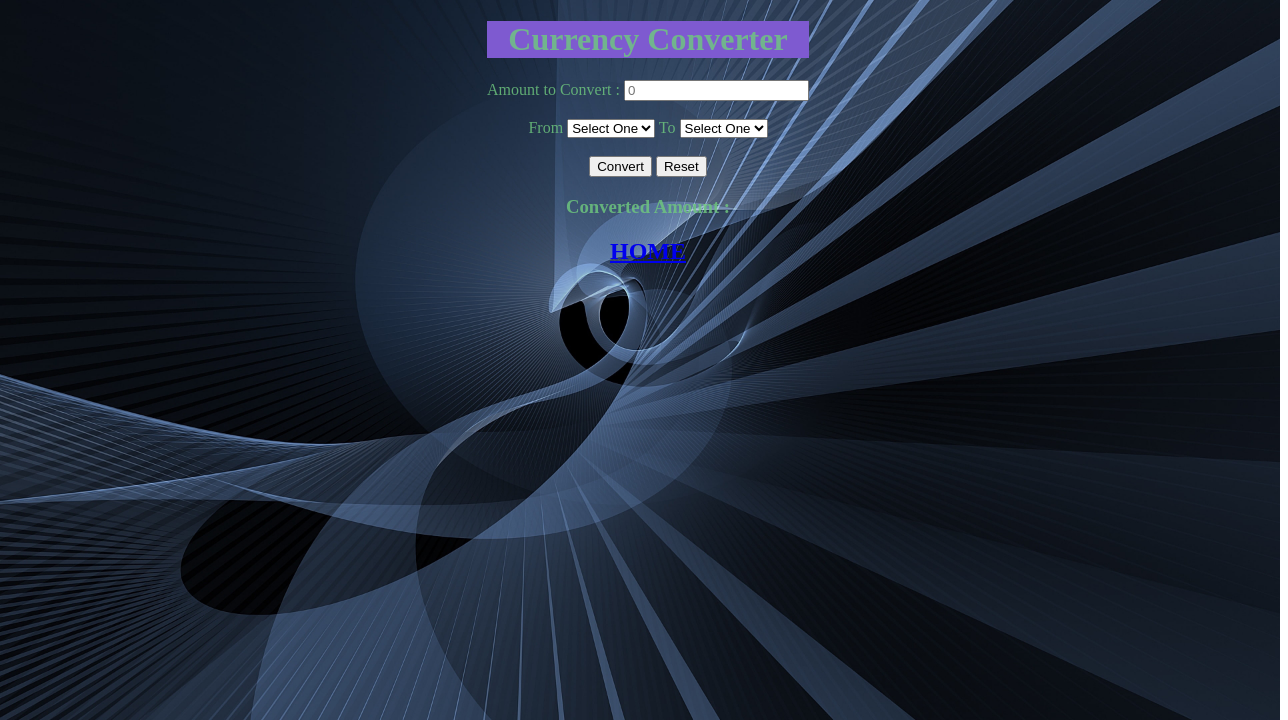
Repository: AJEET006/AdvanceJava-DSA
Page: ADVANCE_JAVA/HW_Example/WebContent/CurrencyConverter.html
The author's editor kept a copy of each file at every save. The page is drawn from the files as they stood at one save, then again after the next save.
The browser window is 1280 px wide. The page is 1288 px wide, so the pictures cover 1288 px, including what lies to the right of the window. The pictures show the whole page.

Above is the page before, as saved 2022-06-21 20:44:25.

After the next save:
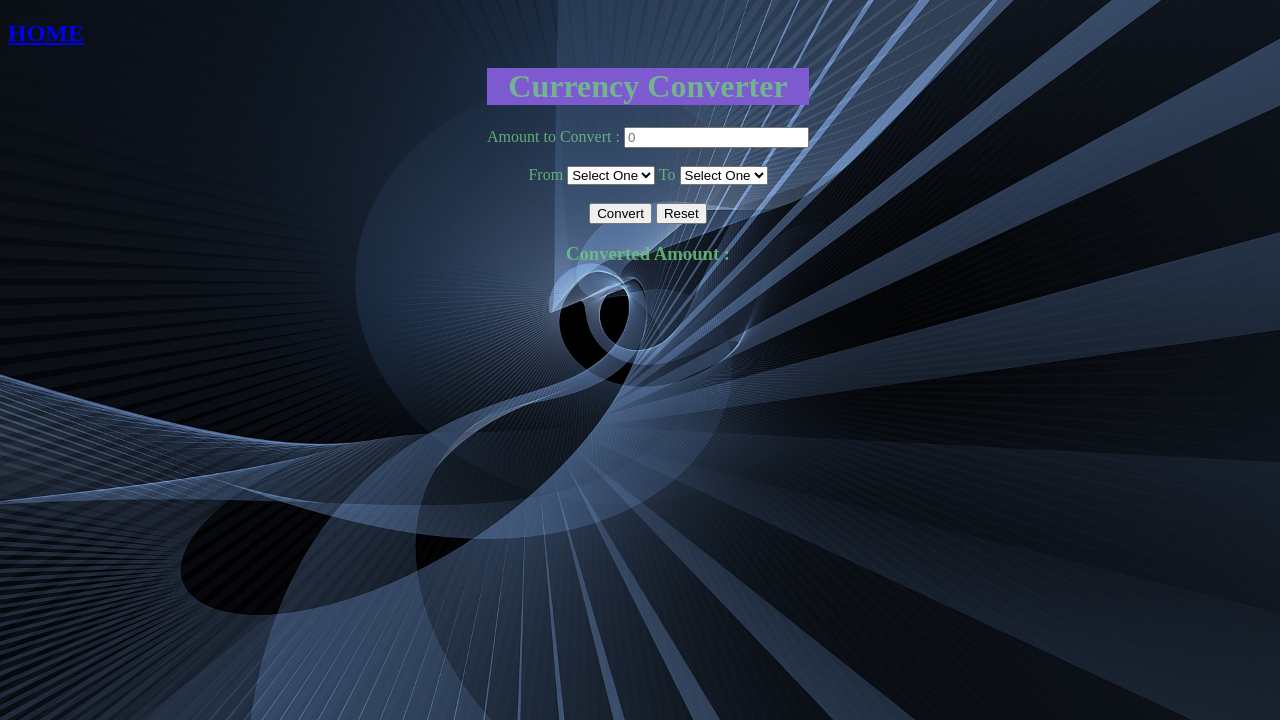
Saved 107 s later.
--- a/ADVANCE_JAVA/HW_Example/WebContent/CurrencyConverter.html
+++ b/ADVANCE_JAVA/HW_Example/WebContent/CurrencyConverter.html
@@ -9,6 +9,7 @@
 <title>Insert title here</title>
 </head>
 <body>
+<a href="Firstpage.html"><h2 style="border-width: medium;">HOME</h2></a>
 	<center>
 		<div style="color: rgba(110, 199, 126, 0.825);
 border: size 2px;width:fit-content;">
@@ -39,6 +40,6 @@ border: size 2px;width:fit-content;">
 </center>
 
 </div>
-<a href="Firstpage.html"><h2 style="border-width: medium;">HOME</h2></a>
+
 </body>
 </html>
